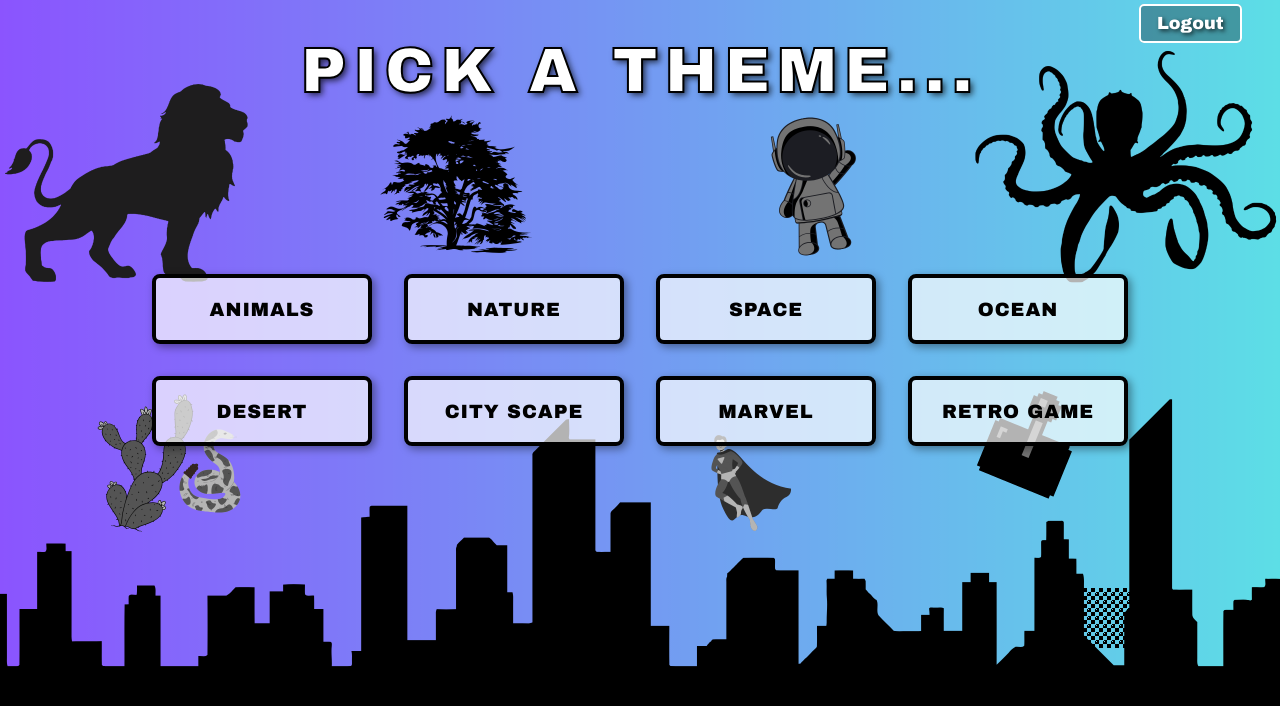
Repository: YummyFrog/WP_Project_2
Page: menu.html
The author's editor kept a copy of each file at every save. The page is drawn from the files as they stood at one save, then again after the next save.
The browser window is 1280 px wide. The pictures show the whole page.

Above is the page before, as saved 2025-08-02 19:51:09.

After the next save:
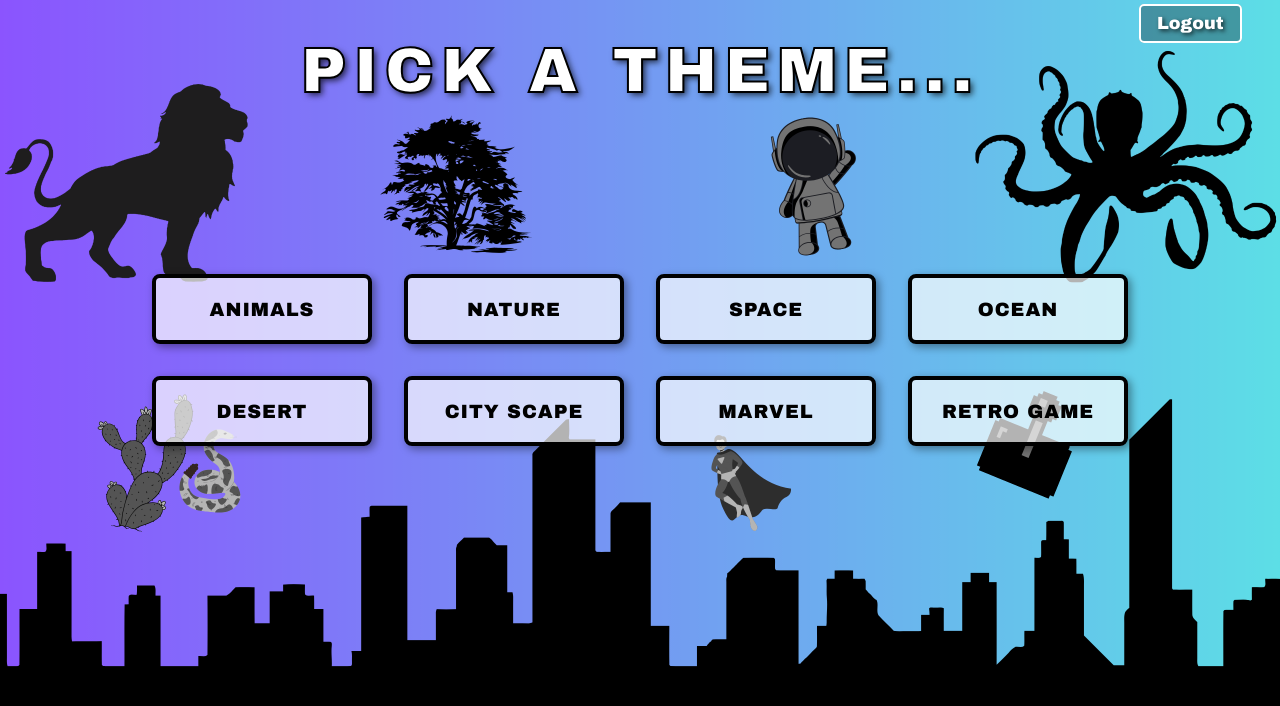
Saved 7 s later.
--- a/menu.html
+++ b/menu.html
@@ -45,14 +45,6 @@
             </div>
         </div>
 
-        <!-- Bottom silhouettes -->
-        <div class="bottom-silhouettes">
-            <div class="silhouette cactus"></div>
-            <div class="silhouette snake"></div>
-            <div class="silhouette buildings"></div>
-            <div class="silhouette superhero"></div>
-            <div class="silhouette pixels"></div>
-        </div>
 
         <!-- Logout button -->
         <div class="logout-section">
